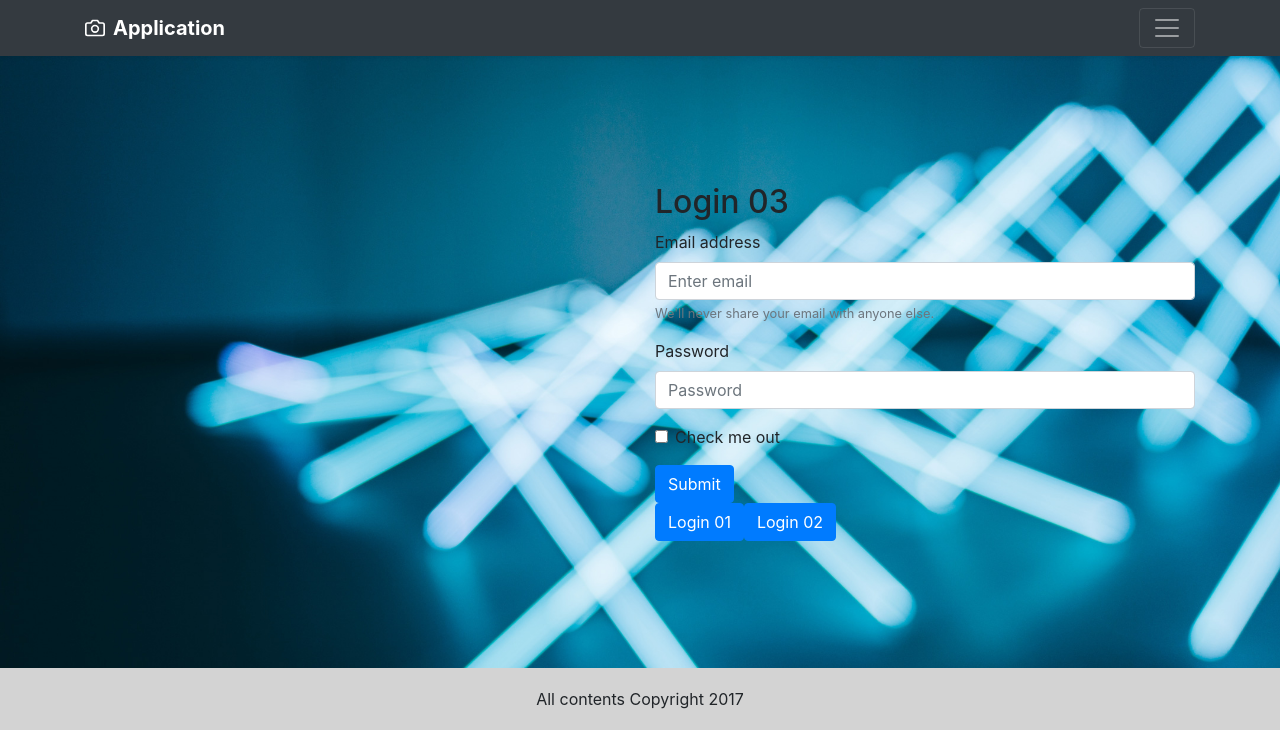
Repository: bijoysen/angular7-landing-login
Page: /
These files come from the project's save history. The page is drawn as it stood at one moment and after the next save; the edit follows.
The browser window is 1280 px wide. The pictures show the whole page.
The project was rebuilt for these pictures with package versions that can differ from the ones it lists, and the page was loaded fresh each time. Also part of the build but not shown: angular.json, src/app/pre/landing/landing.component.ts, src/app/pre/login-one/login-one.component.ts, src/app/pre/login-two/login-two.component.ts.

Above is the page before, as saved 2018-12-17 19:34:53.

### src/index.html
<!doctype html>
<html lang="en">
<head>
  <meta charset="utf-8">
  <title>Angular7LandingLogin</title>
  <base href="/">

  <meta name="viewport" content="width=device-width, initial-scale=1">
  <link rel="icon" type="image/x-icon" href="favicon.ico">
</head>
<body>
  <app-root></app-root>
</body>
</html>

### src/app/app.module.ts
import { BrowserModule } from '@angular/platform-browser';
import { NgModule } from '@angular/core';

import { AppRoutingModule } from './app-routing.module';
import { AppComponent } from './app.component';
import { HeaderComponent } from './shared/header/header.component';
import { FooterComponent } from './shared/footer/footer.component';
import { LandingComponent } from './pre/landing/landing.component';
import { LoginOneComponent } from './pre/login-one/login-one.component';
import { LoginTwoComponent } from './pre/login-two/login-two.component';
import { LoginThreeComponent } from './pre/login-three/login-three.component';

@NgModule({
  declarations: [
    AppComponent,
    HeaderComponent,
    FooterComponent,
    LandingComponent,
    LoginOneComponent,
    LoginTwoComponent,
    LoginThreeComponent
  ],
  imports: [
    BrowserModule,
    AppRoutingModule
  ],
  providers: [],
  bootstrap: [AppComponent]
})
export class AppModule { }

### src/app/app.component.ts
import { Component } from '@angular/core';

@Component({
  selector: 'app-root',
  templateUrl: './app.component.html',
  styleUrls: ['./app.component.scss']
})
export class AppComponent {
  title = 'angular7-landing-login';
}

### src/app/pre/login-three/login-three.component.ts
import { Component, OnInit } from '@angular/core';

@Component({
  selector: 'app-login-three',
  templateUrl: './login-three.component.html',
  styleUrls: ['./login-three.component.scss']
})
export class LoginThreeComponent implements OnInit {

  constructor() { }

  ngOnInit() {
  }

}

### src/app/app.component.html
<app-header></app-header>
<router-outlet></router-outlet>
<!-- <app-landing></app-landing> -->
<!-- <app-login-one></app-login-one> -->
<!-- <app-login-two></app-login-two> -->
<app-login-three></app-login-three>

<app-footer></app-footer>

### src/app/shared/header/header.component.html
<header>
	<!-- <div class="collapse bg-dark" id="navbarHeader">
		<div class="container">
			<div class="row">
				<div class="col-sm-8 col-md-7 py-4">
					<h4 class="text-white">About</h4>
					<p class="text-muted">Add some information about the album below, the author, or any other background context. Make it a few sentences long so folks can pick up some informative tidbits. Then, link them off to some social networking sites or contact information.</p>
				</div>
				<div class="col-sm-4 offset-md-1 py-4">
					<h4 class="text-white">Contact</h4>
					<ul class="list-unstyled">
						<li><a href="#" class="text-white">Follow on Twitter</a></li>
						<li><a href="#" class="text-white">Like on Facebook</a></li>
						<li><a href="#" class="text-white">Email me</a></li>
					</ul>
				</div>
			</div>
		</div>
	</div> -->
	<div class="navbar navbar-dark bg-dark shadow-sm">
		<div class="container d-flex justify-content-between">
			<a href="#" class="navbar-brand d-flex align-items-center">
				<svg xmlns="http://www.w3.org/2000/svg" width="20" height="20" viewBox="0 0 24 24" fill="none" stroke="currentColor" stroke-width="2" stroke-linecap="round" stroke-linejoin="round" class="mr-2"><path d="M23 19a2 2 0 0 1-2 2H3a2 2 0 0 1-2-2V8a2 2 0 0 1 2-2h4l2-3h6l2 3h4a2 2 0 0 1 2 2z"></path><circle cx="12" cy="13" r="4"></circle></svg>
				<strong>Application</strong>
			</a>
			<button class="navbar-toggler" type="button" data-toggle="collapse" data-target="#navbarHeader" aria-controls="navbarHeader" aria-expanded="false" aria-label="Toggle navigation">
			<span class="navbar-toggler-icon"></span>
			</button>
		</div>
	</div>
</header>

### src/app/shared/footer/footer.component.html
<footer class="pageFooter text-center">
  <p>All contents Copyright 2017</p>
</footer>

### src/app/shared/footer/footer.component.scss
.pageFooter {
    background: #d3d3d3;
    padding: 19px 0;
    p {
        margin-bottom: 0;
    }
}

### src/app/pre/login-three/login-three.component.html
<!-- Common Part Start -->
<section class="pageContent" style="background-image: url('assets/images/06.jpg')">
	<div class="container">
		<div class="row align-items-center">
			<div class="col-md-6"></div>
			<div class="col-md-6">
				<!-- New Section Start -->
				<h2>Login 03</h2>

				<form>
					<div class="form-group">
						<label for="exampleInputEmail1">Email address</label>
						<input type="email" class="form-control" id="exampleInputEmail1" aria-describedby="emailHelp" placeholder="Enter email">
						<small id="emailHelp" class="form-text text-muted">We'll never share your email with anyone else.</small>
					</div>
					<div class="form-group">
						<label for="exampleInputPassword1">Password</label>
						<input type="password" class="form-control" id="exampleInputPassword1" placeholder="Password">
					</div>
					<div class="form-group form-check">
						<input type="checkbox" class="form-check-input" id="exampleCheck1">
						<label class="form-check-label" for="exampleCheck1">Check me out</label>
					</div>
					<button type="submit" class="btn btn-primary">Submit</button>
				</form>

				<button type="submit" class="btn btn-primary">Login 01</button>
				<button type="submit" class="btn btn-primary">Login 02</button>
				<!-- New Section End -->
			</div>
		</div>
	</div>
</section>
<!-- Common Part End -->

### src/app/pre/login-three/login-three.component.scss
.pageContent {
    background-repeat: no-repeat;
    background-size: cover;
    background-position: center top;
    > .container > .row {
        height: 85vh;
    }
}

Loaded but not shown: src/styles.scss (common file); src/main.ts (common file); src/environments/environment.ts (common file); src/app/app-routing.module.ts (common file); src/app/shared/header/header.component.ts (common file); src/app/shared/footer/footer.component.ts (common file); src/app/shared/header/header.component.scss (no stored copy; drawn as an empty file); src/app/app.component.scss (no stored copy; drawn as an empty file)

After the next save:
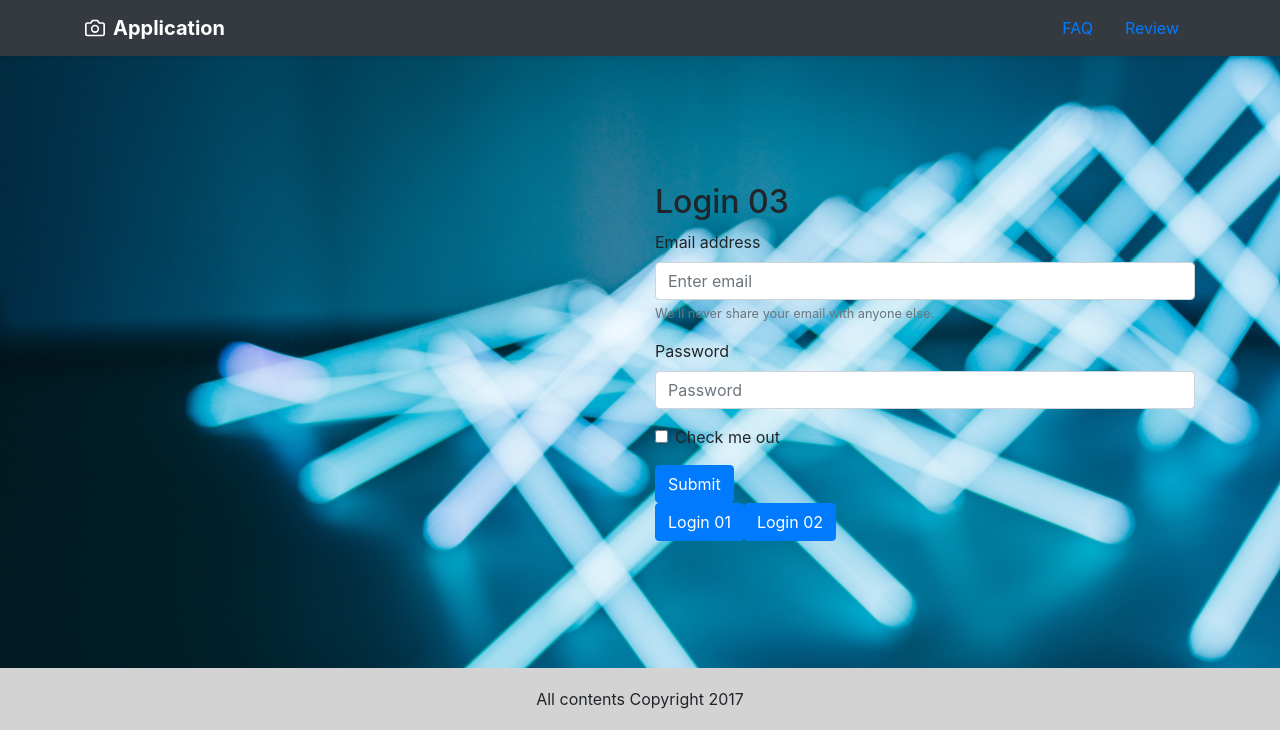
Saved 21 min 49 s later.
--- a/src/app/shared/header/header.component.html
+++ b/src/app/shared/header/header.component.html
@@ -23,9 +23,17 @@
 				<svg xmlns="http://www.w3.org/2000/svg" width="20" height="20" viewBox="0 0 24 24" fill="none" stroke="currentColor" stroke-width="2" stroke-linecap="round" stroke-linejoin="round" class="mr-2"><path d="M23 19a2 2 0 0 1-2 2H3a2 2 0 0 1-2-2V8a2 2 0 0 1 2-2h4l2-3h6l2 3h4a2 2 0 0 1 2 2z"></path><circle cx="12" cy="13" r="4"></circle></svg>
 				<strong>Application</strong>
 			</a>
-			<button class="navbar-toggler" type="button" data-toggle="collapse" data-target="#navbarHeader" aria-controls="navbarHeader" aria-expanded="false" aria-label="Toggle navigation">
+			<ul class="nav justify-content-center">
+				<li class="nav-item">
+					<a class="nav-link" href="#">FAQ</a>
+				</li>
+				<li class="nav-item">
+					<a class="nav-link" href="#">Review</a>
+				</li>
+			</ul>
+			<!-- <button class="navbar-toggler" type="button" data-toggle="collapse" data-target="#navbarHeader" aria-controls="navbarHeader" aria-expanded="false" aria-label="Toggle navigation">
 			<span class="navbar-toggler-icon"></span>
-			</button>
+			</button> -->
 		</div>
 	</div>
 </header>
